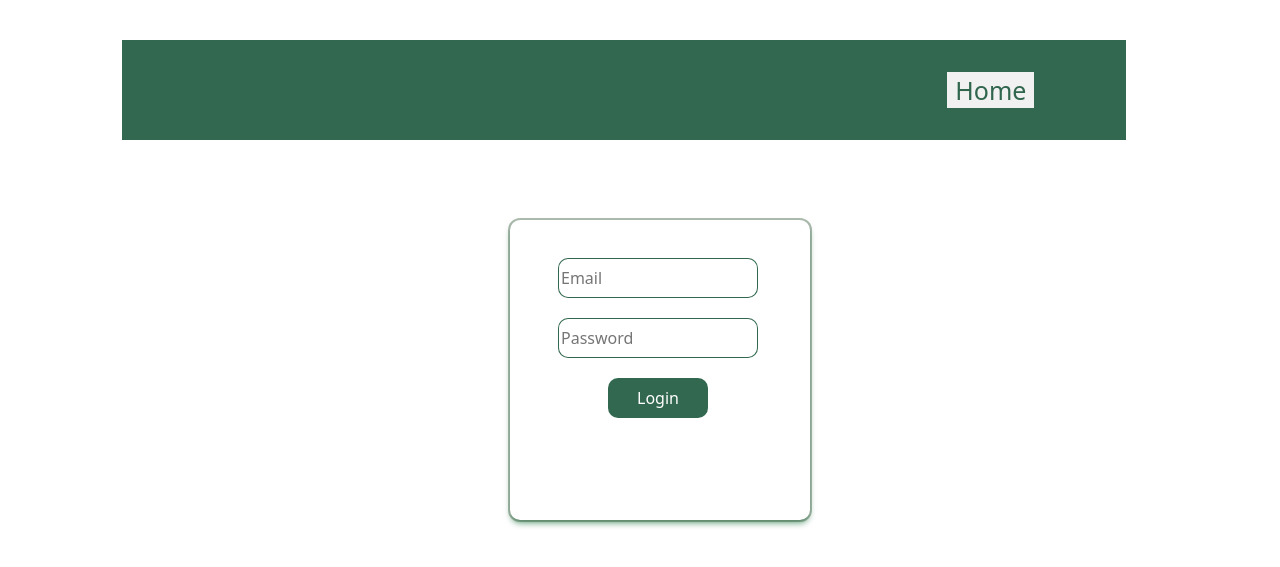
Repository: TH1985-Hub/Blog-Project
Page: index.html
An editor plug-in stored every save of this project. The page is shown before and after the next save, followed by the edit.
The browser window is 1280 px wide. The pictures show the whole page.

Above is the page before, as saved 2025-01-25 21:43:16.

### index.html
<!DOCTYPE html>
<html lang="en">
<head>
    <meta charset="UTF-8">
    <meta name="viewport" content="width=device-width, initial-scale=1.0">
    <link href="https://cdn.jsdelivr.net/npm/bootstrap@5.3.3/dist/css/bootstrap.min.css" rel="stylesheet" integrity="sha384-QWTKZyjpPEjISv5WaRU9OFeRpok6YctnYmDr5pNlyT2bRjXh0JMhjY6hW+ALEwIH" crossorigin="anonymous">
    <link rel="stylesheet" href="./src/css/tokens.css">
    <link rel="stylesheet" href="./src/css/utils.css">
    <link rel="stylesheet" href="./src/css/style.css">
    <link rel="icon" href="./src/images/image7.png">
    <title>Login</title>
</head>
<body>



     <script type="module" src="./src/scripts/utils.js"></script>

    <script type="module" src="./src/scripts/login.js"></script>

</body>
</html>

### src/css/tokens.css
:root{
    --primary-color : #08492bd3;
    --secondary-color : #021b0d42;
    --bg-primary-color: #F1F1F1;
    --bg-secondary-light: #e0ebe7;
    --color-white: #fff;
    --spacing-1: 8px;
    --spacing-2: 10px;
    --spacing-3: 16px;
    --spacing-4: 32px;
    --margin-10: 10px;
    --margin-20: 20px;
    --margin-30: 30px;
    --margin-40: 40px;
    --margin-60: 60px;
    --margin-80: 80px;
    --margin-90: 90px;
    --font-size: 20px;
    --font-size-25: 25px;
    --font-size-30: 30px;
    --font-size-35: 35px;
    --border-radius-10: 10px;
    --box-shadow-1: rgba(51, 83, 54, 0.4) 0px 0px 0px 2px, rgba(17, 109, 55, 0.65) 0px 4px 6px -1px, rgba(255, 255, 255, 0.08) 0px 1px 0px inset;
    --box-shadow-2: rgba(43, 156, 81, 0.699) 0px 54px 55px, rgba(28, 109, 48, 0.12) 0px -12px 30px, rgba(0, 0, 0, 0.12) 0px 4px 6px, rgba(0, 0, 0, 0.17) 0px 12px 13px, rgba(0, 0, 0, 0.09) 0px -3px 5px;
    --box-shadow-3: rgba(10, 114, 28, 0.12) 0px 1px 3px, rgba(8, 94, 65, 0.24) 0px 1px 2px;
    /* --box-shadow-4: rgba(102, 221, 181, 0.623) 5px 5px, rgba(110, 216, 96, 0.452) 10px 10px, rgba(46, 240, 95, 0.2) 15px 15px, rgba(75, 165, 105, 0.1) 20px 20px, rgba(46, 240, 149, 0.05) 25px 25px;*/
    }

### src/css/utils.css
.flex{
    display: flex;
}

.jc-space-between{
    justify-content: space-between;
}

.jc-space-centre{
    justify-content: center;
}

.js-space-around{
    justify-content: space-around;
}

.js-flex-end{
    justify-content: flex-end;
}

.ai-centre{
    align-items: center;
}

.fd-column{
    flex-direction: column;
}

.w-50px{
    width: 50px;
}

.w-100px{
    width: 100px;
}

.w-150px{
    width: 150px;
}

.w-200px{
    width: 200px;
}

.w-250px{
    width: 250px;
}

.w-300px{
    width: 300px;
}

.w-350px{
    width: 350px;
}

.w-400px{
    width: 400px;
}

.w-450px{
    width: 450px;
}

.w-500px{
    width: 500px;
}

.w-40{
    width: 40%;
}

.w-45{
    width: 45%;
}



.w-50{
    width: 50%;
}

.w-60{
    width: 60%;
}

.w-70{
    width: 70%;
}

.w-80{
    width: 80%;
}

.w-90{
    width: 90%;
}

.w-100{
    width: 100%;
}

.h-20px{
    height: 20px;
}

.h-30px{
    height: 30px;
}

.h-40px{
    height: 40px;
}

.h-50px{
    height: 50px;
}

.h-60px{
    height: 60px;
}

.h-70px{
    height: 70px;
}

.h-80px{
    height: 80px;
}

.h-90px{
    height: 90px;
}

.h-100px{
    height: 100px;
}

.h-200px{
    height: 200px;
}

.h-300px{
    height: 300px;
}

.h-400px{
    height: 400px;
}

.h-8{
    height: 8%;
}

.h-85{
    height: 85%;
}

.h-90{
    height: 90%;
}

.h-100{
    height: 100%;
}

.absolute{
    position: absolute;
}

.relative{
    position: relative;
}

.td-none{
    text-decoration: none;
}

.ta-centre{
    text-align: center;
}

.overflow{
    overflow: auto;
}

.transition-5{
    transition: all .5s liner;
}

### src/css/style.css
body{
    padding: 0;
    margin: 0;
    outline: none;
    box-sizing: border-box;
    height: 100vh;
}

html{
    font-family: "Roboto", sans-serif;
}



.header{
    background-color: var(--primary-color);
    padding: var(--spacing-4);
    margin-top: var(--margin-10);
    margin:  var(--margin-40);

}

.title{
    color: var(--color-white);
    margin-left: var(--margin-60);

}

.title:hover{
    transform: scale(1.1);
}

.nav_list{
    font-size: var(--font-size-25);
    color: var(--primary-color);
    margin-right: var(--margin-60);
    background-color: var(--bg-primary-color);
    padding: 0 var(--spacing-1);
    box-shadow: var(--box-shadow-1);
    box-shadow: var(--box-shadow-4);
}


.nav:hover{
    transform: scale(1.1);
}

.form_box {
    box-shadow: var(--box-shadow-1);
    padding: var(--spacing-1);
    border-radius: var(--border-radius-10) ;
    margin:  auto;
    margin-top: var(--margin-40);
    text-align: center;

}

.form_box_email{
    color: var(--primary-color);
    margin-top: var(--margin-30);
    border: 1px solid var(--primary-color);
    border-radius: var(--border-radius-10);
    margin-left: var(--margin-40);
}

.form_box_password{
    color: var(--primary-color);
    margin-top: var(--margin-20);
    border: 1px solid var(--primary-color);
    border-radius: var(--border-radius-10);
    margin-left: var(--margin-40);

}

.form_box_login{
    background-color: var(--primary-color);
    color: var(--color-white);
    border: 0;
    margin-top: var(--margin-20);
    border-radius: var(--border-radius-10);
    margin-left: var(--margin-90);
}

.form_box_login:hover{
    color: var(--color-white);
    background-color: var(--secondary-color);
    transform: scale(1.1);
}


.container-root{

    height: 1200px;
}

.login-container {
    flex: 1;
}

.label_container{
    width: 90%;
   margin-bottom: 60px;
   box-shadow: var(--box-shadow-1);
   padding: 20px;
   text-align: center;
}

.main_box{
    width: 90%;
    margin-top: var(--margin-60);
    height: 90%;
    padding: 20px;
    box-shadow: var(--box-shadow-2);
    margin-left: var(--margin-40);
    border-radius: var(--box-shadow-1);


}

.form_container{
    width: 90%;
    padding: 20px;
    box-shadow: var(--box-shadow-1);
}
.form_container_input{
    width: 100%;
    margin: 10px 0;
    padding: 10px;
    box-sizing: border-box;
    margin-top: 30px;
}

.submit-btn-label{
    width: 200px;
    padding: var(--spacing-1) ;
    background-color: var(--primary-color);
    color: var(--color-white);
    box-shadow: var(--box-shadow-1);
    border: 0;
    margin-top: 20px;
    text-align: center;

}

.create-new-post-btn-container {
    margin-bottom: 20px;
    display: flex;
    justify-content: flex-end;
  }

  .create-new-post-btn {
    padding: 10px 20px;
    background-color: var(--primary-color);
    color: white;
    border: none;
    border-radius: 5px;


  }

  .create-new-post-btn:hover {
    background-color: var(--secondary-color);

  }

  .btn-edit{
    margin-top: var(--margin-20);
    border: none;
    box-shadow: var(--box-shadow-1);
  }

  .btn-delete{
    border: none;
    box-shadow: var(--box-shadow-1);
  }


.radio{
    padding: 20px;
    margin-left: var(--margin-20);
}



.main-container{
    margin-left: 40px;
}


.formBox_container {
    box-shadow: var(--box-shadow-2);
    padding: var(--spacing-1);
    margin: auto ;
    margin-top: var(--margin-60);

}
.formBox_container_input {
    box-shadow: var(--box-shadow-1);
    border-radius: var(--border-radius-10);;
    margin-top: var(--margin-5);
    border: 0;
    padding: var(--spacing-1);
    margin:  auto ;
    margin-bottom: var();
}


.select{
    box-shadow: var(--box-shadow-1);
    border-radius: var(--border-radius-10);
    margin-top: var(--margin-20);
    border: 0;
    padding: var(--spacing-1);
    margin: auto;

}

.gender{
    margin: var(--spacing-2) 0;
    margin: auto;
}

.radio-two{
    margin-left: var(--margin-60);
}

.inputBox{
    bottom: var(--spacing-1);
    margin-right: var(--margin-60);
}

.checkbox{
    margin-right: var(--margin-10);

}

.box_checkbox{
    margin-left: var(--margin-40);
}

.submit-btn{
    padding:0 var(--spacing-1) ;
    background-color: var(--primary-color);
    color: var(--color-white);
    box-shadow: var(--box-shadow-1);
    border: 0;
    margin-left: var(--margin-40);
    border-radius: .5rem ;
}


.sidebar{
    background-color: var(--primary-color);
    padding: var(--spacing-4);
    box-shadow: var(--box-shadow-1);

}
.blogger{
    margin: var(--margin-40) 0;
    color: white;
}

.blogger_name{
    font-size: var(--font-size-20);
    color: white;
}


.sidebar_title{
    font-size: var(--font-size-30);
    color: var(--color-white);
    text-align: center;
}

h2{
    font-size: var(--font-size-30);
    color: var(--color-white);
}

.section_block{
    background-color: var(--bg-primary-color);
    box-shadow: var(--box-shadow-1);


}

.post_card{
    padding: var(--spacing-4);
    margin: var(--margin-30) 0;
    background-color: var(--color-white);
    box-shadow: var(--box-shadow-1);
}

.blogger_avatar{
    box-shadow: var(--box-shadow-2);
}

.blogger_avatar:hover{
    transform: scale(1.1);
}

.post_image{
    box-shadow: var(--box-shadow-1);
}
.post_image:hover{
    transform: scale(1.1);

}



.section_block_posts{
    padding: var(--spacing-3) 0;
}

.footer{
    padding: var(--spacing-3);
    color: var(--color-white);
    background-color: var(--primary-color);
    box-shadow: var(--box-shadow-1);
    margin-top: var(--margin-20);
}

.socialMedia_icon{
    font-size: var(--font-size-25);
    color: var(--color-white);
    margin-right: var(--margin-10);
}

.socialMedia_icon:hover{
    color: var(--secondary-color);
}


@media screen  and (max-width: 1024px) {
    .header {
        padding: var(--spacing-4);
    }

    .nav_list {
        font-size: var(--font-size-20);
    }

    .form_box {
        width: 400px;
        margin: auto;
    }

    .main-container {
        margin-left: 30px;
    }

    .sidebar {
        width: 250px;
    }

    .post_card {
        display: flex;
        flex-direction: column;
    }
}

### src/scripts/utils.js
export const UI = {
    createElement: function (element, attributes = {}, children = []) {
        if (!element) {
            console.error('No element type provided.');
            return undefined;
        }

        const el = document.createElement(element);

        for (const [key, value]   of Object.entries(attributes)) {


            el.setAttribute(key, value);
        }


        if (!Array.isArray(children)) {
            children = [children];
        }

        children.forEach(child => {
            if (typeof child === 'string') {
                el.appendChild(document.createTextNode(child));
            } else if (child instanceof Node) {
                el.appendChild(child);
            } else {
                console.error ('Invalid child element:', child);
            throw new Error('Child must be a string or a Node.');
            }
        });

        return el;
    },

    render: function (element, target) {
        const targetElement = document.querySelector(target);
        if (targetElement) {
            targetElement.innerHTML = '';
            targetElement.appendChild(element);
        } else {
            console.error (`Target element "${target}" not found.`);
        }
    },
};


export default UI;

### src/scripts/login.js
// import { UI } from "./utils.js";
// import {api } from "./apis/api.js";
// import { Storage } from "./utils/storage.js";

// // const handleLogin = async (event) => {
// //   event.preventDefault();

// document.addEventListener('DOMContentLoaded', () => {
//   const loginForm = document.getElementById('loginForm');
//   if (loginForm) {
//     loginForm.addEventListener('submit', loginHandler);
//   }
// });

// async function loginHandler(event) {
//   event.preventDefault();


//   const email = document.getElementById('email').value.trim();
//   const password = document.getElementById('password').value.trim();

//   if (!email || !password) {
//     alert('Please enter both email and password.');
//     return;
//   }

//   const credentials = { email, password };

//   try {
//     const response = await api.auth.login(credentials);

//     if (response.id) {
//       // Assuming response.id indicates a successful login
//       window.location.assign('home.html');
//     } else {
//       alert("Login failed. Please check your credentials.");
//     }
//   } catch (error) {
//     console.error("Login error:", error.message);
//     alert(`Login failed: ${error.message}`);

// //   const inputEmail = document.querySelector("#email");
// //   const inputPassword = document.querySelector("#password");

// //   const email = inputEmail.value.trim();
// //   const password = inputPassword.value.trim();

// //   if (!email || !password) {
// //     alert(' Please enter both email and password.');
// //     return;
// //   }

// //   const credentials = { email, password };

// //   try {

// //     const loginButton = document.querySelector(".form_box_login");
// //     loginButton.textContent = "Logging in...";
// //     loginButton.disabled = true;

// //     console.log("Attempting login with credentials:", credentials);

// //     const result = await api.auth.login(credentials);

// //     console.log("Login response:", result);
// //     if (result?.accessToken && result?.user) {

// //       Storage.getItemetItem('token', result.accessToken);
// //       Storage.getItem('user', result.user);


// //       console.log("Login successful. User data:", result.user);


// //       window.location.assign("home.html");
// //     } else {
// //       alert(' Invalid login credentials. Please try again.');
// //     }
// //   } catch (error) {
// //     alert(`Login failed: ${error.message || "Unknown error"}`);
// //     console.error("Login Error:", error);
// //   } finally {

// //     const loginButton = document.querySelector(".form_box_login");
// //     loginButton.textContent = "Login";
// //     loginButton.disabled = false;
// //   }
//   }
// };

// const createContainer =()  =>{
//   const container = UI.createElement('div', { class: 'container w-100 d-flex jc-space-between fd-column ai-center' }, [
//     UI.createElement('header', { class: 'header w-90 h-100px d-flex ai-center js-flex-end' }, [
//       UI.createElement('a', { href: 'home.html', class: 'nav_list td-none transition-5' }, 'Home'),
//     ]),
//     UI.createElement('main', { class: 'main-container d-flex jc-space-centre at-centre fd-column' },[
//     UI.createElement('div', { class: 'login-container d-flex ai-center jc-center' }, [
//       UI.createElement('form', { id: 'loginform', class: 'form_box w-300px h-300px d-flex jc-space-center fd-column ai-center' }, [
//         UI.createElement('input', { id: "email", type: 'email', placeholder: 'Email', class: 'form_box_email w-200px h-40px',autocomplete: "email" }),
//         UI.createElement('input', { id: "password", type: 'password', placeholder: 'Password', class: 'form_box_password w-200px h-40px', autocomplete: 'current-password' }),
//         UI.createElement('button', { type: 'submit', class: 'form_box_login w-100px h-40px transition-5' }, 'Login'),
//       ]),
//       ]),
//     ]),
//   ]);

//   UI.render(container, 'body');


//   const loginForm = document.querySelector("#loginform");
//   loginForm.addEventListener('submit', handleLogin);
// }


// createContainer();



import { UI } from "./utils.js";
import { api } from "./apis/api.js";
import { Storage } from "../storage.js";  // Corrected the path to './utils/storage.js'

// Define loginHandler function
async function loginHandler(event) {
  event.preventDefault();

  const email = document.getElementById('email').value.trim();
  const password = document.getElementById('password').value.trim();

  if (!email || !password) {
    alert('Please enter both email and password.');
    return;
  }

  const credentials = { email, password };

  try {
    const response = await api.auth.login(credentials);

    if (response.id) {
      // Assuming response.id indicates a successful login
      window.location.assign('home.html');
    } else {
      alert("Login failed. Please check your credentials.");
    }
  } catch (error) {
    console.error("Login error:", error.message);
    alert(`Login failed: ${error.message}`);
  }
}

const createContainer = () => {
  const container = UI.createElement('div', { class: 'container w-100 d-flex jc-space-between fd-column ai-center' }, [
    UI.createElement('header', { class: 'header w-90 h-100px d-flex ai-center js-flex-end' }, [
      UI.createElement('a', { href: 'home.html', class: 'nav_list td-none transition-5' }, 'Home'),
    ]),
    UI.createElement('main', { class: 'main-container d-flex jc-space-centre ai-centre fd-column' }, [
      UI.createElement('div', { class: 'login-container d-flex ai-center jc-center' }, [
        UI.createElement('form', { id: 'loginform', class: 'form_box w-300px h-300px d-flex jc-space-center fd-column ai-center' }, [
          UI.createElement('input', { id: "email", type: 'email', placeholder: 'Email', class: 'form_box_email w-200px h-40px', autocomplete: "email" }),
          UI.createElement('input', { id: "password", type: 'password', placeholder: 'Password', class: 'form_box_password w-200px h-40px', autocomplete: 'current-password' }),
          UI.createElement('button', { type: 'submit', class: 'form_box_login w-100px h-40px transition-5' }, 'Login'),
        ]),
      ]),
    ]),
  ]);

  UI.render(container, 'body');

  const loginForm = document.querySelector("#loginform");
  loginForm.addEventListener('submit', loginHandler);
}

document.addEventListener('DOMContentLoaded', () => {
  createContainer();
});

### src/scripts/apis/api.js
import {PostApi} from "./post.api.js";
import {UserApi} from "./user.api.js" ;
import {AuthApi}  from "./auth.api.js";
import { FileUpload } from "./file-upload.api.js";
import {baseUrl}     from "./const.js";

//export const baseUrl = "https://simple-blog-api-red.vercel.app/api";

export class Api{
    // post = null;
    // user = null;
    // auth = null;
    // fileUpload = null


  constructor(baseUrl) {
      this.post = new PostApi(baseUrl);
      this.user = new UserApi(baseUrl);
      this.auth = new AuthApi(baseUrl);
      this.fileUpload = new FileUpload(baseUrl);

  }

}

export const api = new Api(baseUrl);

### src/scripts/utils/storage.js
//import {Base_Url}  from  "./const.js";

export class Storage {
    static getItem(key) {
      try {
        const value = localStorage.getItem(key);
        // if (value) {
        //   return JSON.parse(value);
        // }
        // return null;
        return value ? JSON.parse(value) : null;
      } catch (error) {
        console.error('Error getting item from storage:', error);
        return null;
      }
    }
    static set(key, value) {
      try {
        localStorage.setItem(key, JSON.stringify(value));

        return true;
      } catch (error) {
        console.error('Error setting item in storage:', error);
        return false;
      }
    }

    static removeItem(key) {
      try {
        localStorage.removeItem(key);

        return true;
      } catch (error) {
        console.error('Error removing item from storage:', error);
        return false;
      }
    }

    static clear() {
      try {
        localStorage.clear();

        return true;
      } catch (error) {
        console.error('Error clearing storage:', error);
        return false;
      }
    }
  }

### src/scripts/apis/user.api.js


import { Storage } from   '../utils/storage.js';
import { BaseApi } from     "./base.js";
import {baseUrl}   from     "./const.js";



export class UserApi extends BaseApi{
    constructor(baseUrl){
        super();
        this.baseUrl = baseUrl;
    }

    async getUsers(){
        try{
            const response = await fetch(`${this.baseUrl}/users`,{
                headers: this.getAuthHeaders(),
            });
            // if(response.status !==200){
            //     throw new Error(response.statusText);
            // }
            this.validateResponse(response);
            const users = await response.json();
            return users;
        }catch(error){
            console.error("Error fetching users:", error.message);
            throw error;
        }

    }

    async getUserById(id) {
        try {
          if (!id) throw new Error("User ID is required.");

          const response = await fetch(`${this.getFullUrl}/users/${id}`, {
            headers: this.getAuthHeaders(),
          });

          this.validateResponse(response);

          const user = await response.json();
          return user;
        } catch (error) {
          console.error(`Error fetching user with ID ${id}:`, error.message);
          throw error;
        }
      }

    getFullUrl(endpoint){
        return `${this.baseUrl}${endpoint}`;
    }
    getAuthHeaders() {
        const token = Storage.getItem("token");
        if (!token) {
          throw new Error("Authentication token is missing. Please log in again.");
        }

        return {
          Authorization: `Bearer ${token}`,
        };
      }
}

### src/scripts/apis/const.js
export const baseUrl = ('https://simple-blog-api-red.vercel.app');

### src/scripts/apis/base.js
export class BaseApi {
    validateResponse(response) {
      if (response.status === 401) {
        window.location.assign('index.html')

        return false
       }


       if (response.status === 400) {
        alert("Bad request! Please check your input.");
        throw new Error("400 Bad Request");
      }

      if (response.status === 500) {
        alert ("Server error! Please try again later.");
        throw new Error("500 Internal Server Error");
      }

      if (!response.ok) {
        console.error("Unhandled API Error:", response.status, response.statusText);
        throw new Error (`Unhandled HTTP Error: ${response.status} - ${response.statusText}`);
      }

      return response;

    }
  }

Loaded but not shown: src/scripts/apis/post.api.js (155 lines, source omitted); src/scripts/apis/file-upload.api.js (121 lines, source omitted); src/scripts/apis/auth.api.js (89 lines, source omitted)

After the next save:
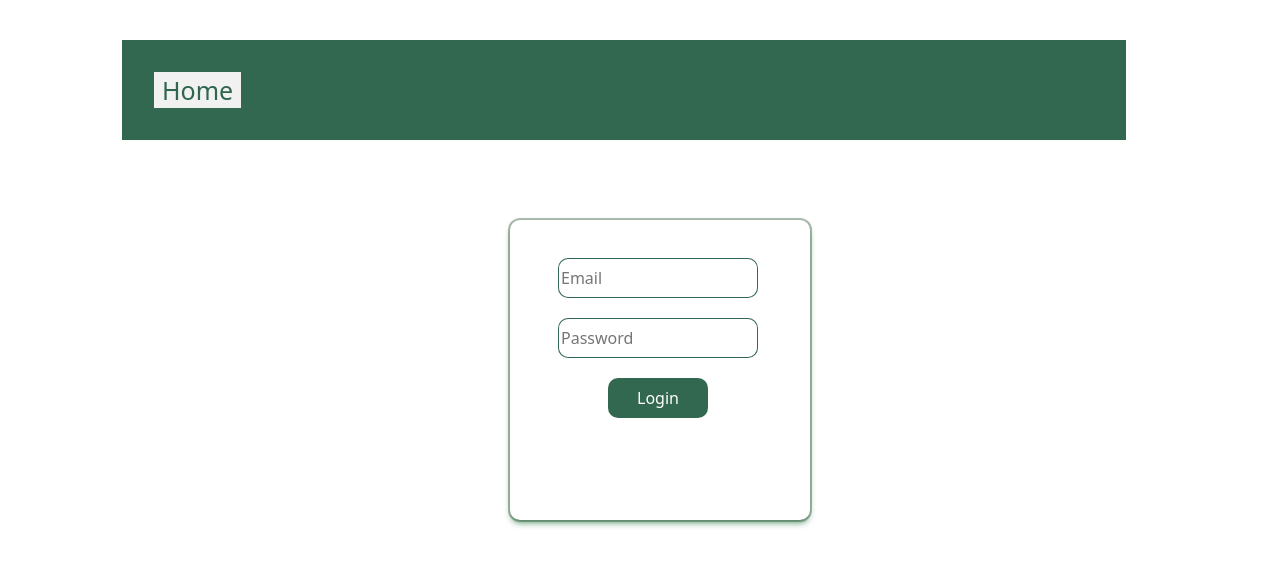
Saved 37 min 57 s later.
--- a/src/scripts/login.js
+++ b/src/scripts/login.js
@@ -116,9 +116,68 @@
 
 
 
+// import { UI } from "./utils.js";
+// import { api } from "./apis/api.js";
+// import { Storage } from "../storage.js";  // Corrected the path to './utils/storage.js'
+
+// // Define loginHandler function
+// async function loginHandler(event) {
+//   event.preventDefault();
+
+//   const email = document.getElementById('email').value.trim();
+//   const password = document.getElementById('password').value.trim();
+
+//   if (!email || !password) {
+//     alert('Please enter both email and password.');
+//     return;
+//   }
+
+//   const credentials = { email, password };
+
+//   try {
+//     const response = await api.auth.login(credentials);
+
+//     if (response.id) {
+//       // Assuming response.id indicates a successful login
+//       window.location.assign('home.html');
+//     } else {
+//       alert("Login failed. Please check your credentials.");
+//     }
+//   } catch (error) {
+//     console.error("Login error:", error.message);
+//     alert(`Login failed: ${error.message}`);
+//   }
+// }
+
+// const createContainer = () => {
+//   const container = UI.createElement('div', { class: 'container w-100 d-flex jc-space-between fd-column ai-center' }, [
+//     UI.createElement('header', { class: 'header w-90 h-100px d-flex ai-center js-flex-end' }, [
+//       UI.createElement('a', { href: 'home.html', class: 'nav_list td-none transition-5' }, 'Home'),
+//     ]),
+//     UI.createElement('main', { class: 'main-container d-flex jc-space-centre ai-centre fd-column' }, [
+//       UI.createElement('div', { class: 'login-container d-flex ai-center jc-center' }, [
+//         UI.createElement('form', { id: 'loginform', class: 'form_box w-300px h-300px d-flex jc-space-center fd-column ai-center' }, [
+//           UI.createElement('input', { id: "email", type: 'email', placeholder: 'Email', class: 'form_box_email w-200px h-40px', autocomplete: "email" }),
+//           UI.createElement('input', { id: "password", type: 'password', placeholder: 'Password', class: 'form_box_password w-200px h-40px', autocomplete: 'current-password' }),
+//           UI.createElement('button', { type: 'submit', class: 'form_box_login w-100px h-40px transition-5' }, 'Login'),
+//         ]),
+//       ]),
+//     ]),
+//   ]);
+
+//   UI.render(container, 'body');
+
+//   const loginForm = document.querySelector("#loginform");
+//   loginForm.addEventListener('submit', loginHandler);
+// }
+
+// document.addEventListener('DOMContentLoaded', () => {
+//   createContainer();
+// });
+
 import { UI } from "./utils.js";
 import { api } from "./apis/api.js";
-import { Storage } from "../storage.js";  // Corrected the path to './utils/storage.js'
+import { Storage } from "./utils/storage.js";  // Ensure the path is correct
 
 // Define loginHandler function
 async function loginHandler(event) {
@@ -141,7 +200,7 @@ async function loginHandler(event) {
       // Assuming response.id indicates a successful login
       window.location.assign('home.html');
     } else {
-      alert("Login failed. Please check your credentials.");
+      alert  ("Login failed. Please check your credentials.");
     }
   } catch (error) {
     console.error("Login error:", error.message);
@@ -151,10 +210,10 @@ async function loginHandler(event) {
 
 const createContainer = () => {
   const container = UI.createElement('div', { class: 'container w-100 d-flex jc-space-between fd-column ai-center' }, [
-    UI.createElement('header', { class: 'header w-90 h-100px d-flex ai-center js-flex-end' }, [
-      UI.createElement('a', { href: 'home.html', class: 'nav_list td-none transition-5' }, 'Home'),
+    UI.createElement('header', { class: 'header w-90 h-100px d-flex ai-center jc-space-between' }, [
+      UI.createElement('a', { href: 'home.html', class: 'nav_list td-none transition-5' }, 'Home'), // Ensure this href is correct
     ]),
-    UI.createElement('main', { class: 'main-container d-flex jc-space-centre ai-centre fd-column' }, [
+    UI.createElement ('main', { class: 'main-container d-flex jc-space-centre ai-centre fd-column' }, [
       UI.createElement('div', { class: 'login-container d-flex ai-center jc-center' }, [
         UI.createElement('form', { id: 'loginform', class: 'form_box w-300px h-300px d-flex jc-space-center fd-column ai-center' }, [
           UI.createElement('input', { id: "email", type: 'email', placeholder: 'Email', class: 'form_box_email w-200px h-40px', autocomplete: "email" }),
